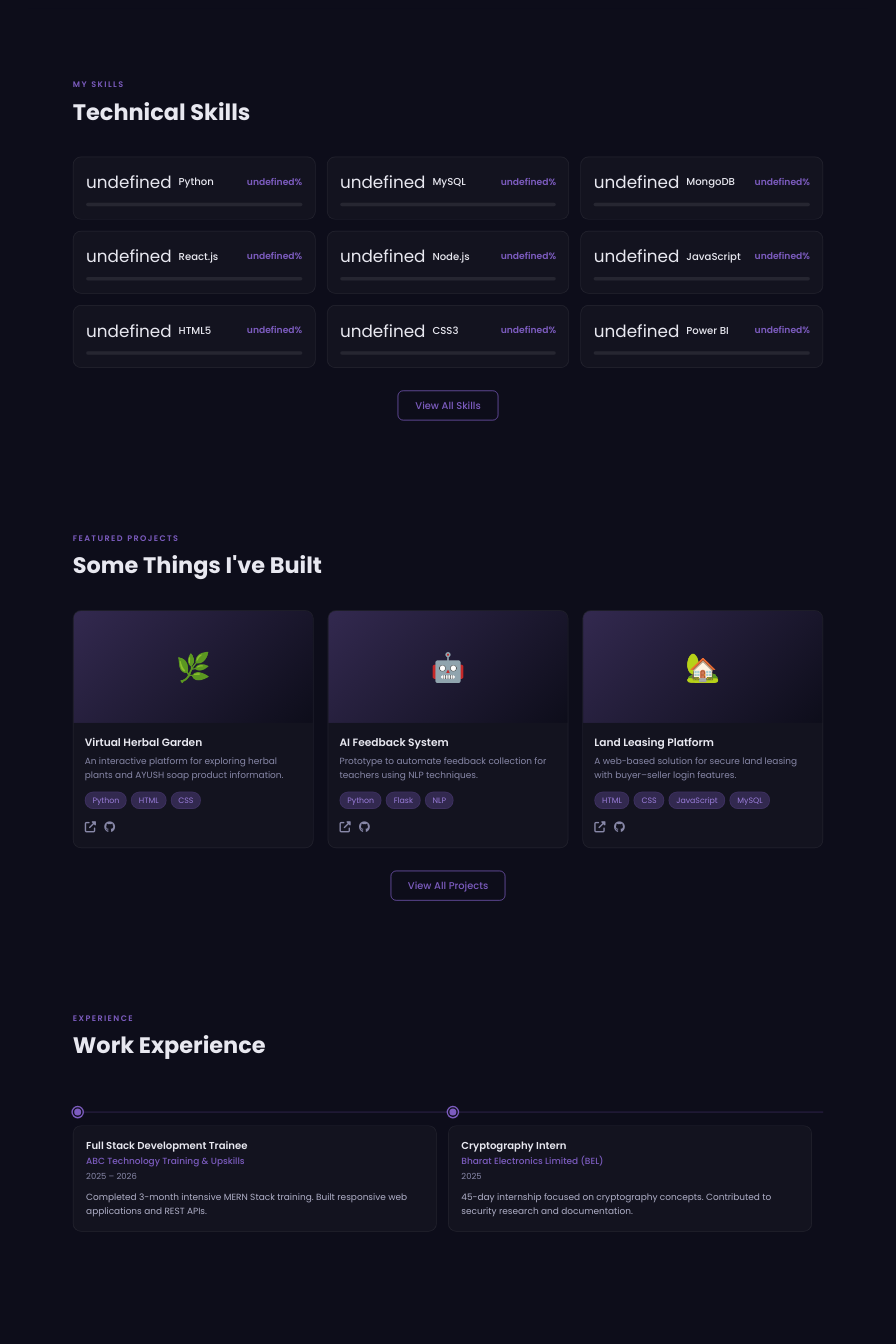
Repository: Rhaashee/Portfolio
Page: MyProfile-frontend/index.html
The author's editor kept a copy of each file at every save. The page is drawn from the files as they stood at one save, then again after the next save.
The browser window is 1280 px wide. The pictures show the part of the page from y = 1264 to 3184 px (the page is 5022 px tall before and 5020 px after), at 70% of full size.

Above is the page before, as saved 2026-06-21 13:11:31.

### MyProfile-frontend/index.html
<!DOCTYPE html>
<html lang="en">
<head>
<meta charset="UTF-8" />
<meta name="viewport" content="width=device-width, initial-scale=1.0" />
<title>Rhaashee L | Portfolio</title>
<link rel="preconnect" href="https://fonts.googleapis.com" />
<link href="https://fonts.googleapis.com/css2?family=Poppins:wght@300;400;500;600;700;800&display=swap" rel="stylesheet" />
<link rel="stylesheet" href="https://cdnjs.cloudflare.com/ajax/libs/font-awesome/6.5.1/css/all.min.css" />

<link rel="stylesheet" href="css/varibales.css" />
<link rel="stylesheet" href="css/custom.css" />
<link rel="stylesheet" href="css/themes.css" />
<link rel="stylesheet" href="css/animations.css" />
<link rel="stylesheet" href="css/responsive.css" />
</head>
<body>

<!-- ===== NAVBAR ===== -->
<nav class="navbar" id="navbar">
  <div class="nav-logo">
    <div class="logo-icon">R</div>
    <span id="nav-logo-text">RHAASHEE</span>
  </div>

  <div class="nav-links">
    <a href="#hero" class="active">Home</a>
    <a href="#about">About</a>
    <a href="#skills">Skills</a>
    <a href="#projects">Projects</a>
    <a href="#experience">Experience</a>
    <a href="#certifications">Certifications</a>
    <a href="#contact">Contact</a>
  </div>

  <div class="nav-right">
    <a href="assets/resume/RhaasheeL_Resume.pdf" target="_blank" class="btn-resume" id="nav-resume-btn">Resume</a>
    <button class="theme-toggle" id="theme-toggle" aria-label="Toggle theme"><i class="fas fa-sun"></i></button>
    <button class="hamburger" id="hamburger" aria-label="Menu">
      <span></span><span></span><span></span>
    </button>
  </div>
</nav>

<div class="mobile-menu" id="mobile-menu">
  <a href="#hero" class="mobile-link">Home</a>
  <a href="#about" class="mobile-link">About</a>
  <a href="#skills" class="mobile-link">Skills</a>
  <a href="#projects" class="mobile-link">Projects</a>
  <a href="#experience" class="mobile-link">Experience</a>
  <a href="#certifications" class="mobile-link">Certifications</a>
  <a href="#contact" class="mobile-link">Contact</a>
</div>

<!-- ===== 01 HERO ===== -->
<section id="hero">
  <div class="hero-wrapper">
    <div class="hero-content">
      <p class="hero-hello" id="hero-hello">Hello, I'm</p>
      <h1 class="hero-name" id="hero-name">RHAASHEE L</h1>
      <p class="hero-tagline"><span id="hero-tagline-text" class="typing-text"></span></p>
      <p class="hero-desc" id="hero-desc"></p>
      <div class="hero-btns">
        <a href="#projects" class="btn-primary">View My Work</a>
        <a href="#contact" class="btn-secondary">Contact Me</a>
      </div>
      <div class="hero-socials" id="hero-socials"></div>
    </div>

    <div class="hero-image-wrap">
      <div class="hero-blob">
        <svg viewBox="0 0 500 500" xmlns="http://www.w3.org/2000/svg">
          <path d="M250,60 C340,55 420,110 440,200 C460,290 420,370 340,410 C260,450 160,440 100,380 C40,320 30,220 70,150 C110,80 160,65 250,60 Z"></path>
        </svg>
      </div>

      <div class="hero-decor">
        <i class="fas fa-sparkle sparkle sparkle-1"></i>
        <i class="fas fa-sparkle sparkle sparkle-2"></i>
        <i class="fas fa-sparkle sparkle sparkle-3"></i>
        <i class="fas fa-sparkle sparkle sparkle-4"></i>
        <i class="fas fa-sparkle sparkle sparkle-5"></i>
        <i class="fas fa-leaf leaf leaf-1"></i>
        <i class="fas fa-leaf leaf leaf-2"></i>
      </div>

      <div class="hero-image-ring">
        <img id="hero-img" src="assets/images/rhaa.jpeg" alt="Rhaashee L" />
      </div>
    </div>
  </div>
</section>

<!-- ===== 02 ABOUT ===== -->
<section id="about" class="section">
  <p class="section-label">About Me</p>
  <h2 class="section-title">Get To Know Me</h2>

  <div class="about-grid">
    <div>
      <p class="about-desc" id="about-desc"></p>
      <a href="#contact" class="btn-outline">Read More</a>
    </div>

    <div class="about-info-grid">
      <div class="about-info-item">
        <div class="about-info-icon"><i class="fas fa-user"></i></div>
        <div>
          <div class="about-info-label">Name</div>
          <div class="about-info-value" id="about-name"></div>
        </div>
      </div>
      <div class="about-info-item">
        <div class="about-info-icon"><i class="fas fa-graduation-cap"></i></div>
        <div>
          <div class="about-info-label">Education</div>
          <div class="about-info-value" id="about-education"></div>
        </div>
      </div>
      <div class="about-info-item">
        <div class="about-info-icon"><i class="fas fa-envelope"></i></div>
        <div>
          <div class="about-info-label">Email</div>
          <div class="about-info-value" id="about-email"></div>
        </div>
      </div>
      <div class="about-info-item">
        <div class="about-info-icon"><i class="fas fa-briefcase"></i></div>
        <div>
          <div class="about-info-label">Freelance</div>
          <div class="about-info-value" id="about-freelance"></div>
        </div>
      </div>
      <div class="about-info-item">
        <div class="about-info-icon"><i class="fas fa-location-dot"></i></div>
        <div>
          <div class="about-info-label">Location</div>
          <div class="about-info-value" id="about-location"></div>
        </div>
      </div>
      <div class="about-info-item">
        <div class="about-info-icon"><i class="fas fa-globe"></i></div>
        <div>
          <div class="about-info-label">Languages</div>
          <div class="about-info-value" id="about-languages"></div>
        </div>
      </div>
    </div>
  </div>
</section>

<!-- ===== 03 SKILLS ===== -->
<section id="skills" class="section">
  <p class="section-label">My Skills</p>
  <h2 class="section-title">Technical Skills</h2>

  <div class="skills-grid" id="skills-grid"></div>

  <div class="skills-btn-wrap">
    <a href="#" class="btn-outline">View All Skills</a>
  </div>
</section>

<!-- ===== 04 PROJECTS ===== -->
<section id="projects" class="section">
  <p class="section-label">Featured Projects</p>
  <h2 class="section-title">Some Things I've Built</h2>

  <div class="projects-grid" id="projects-grid"></div>

  <div class="projects-btn-wrap">
    <a href="#" class="btn-outline">View All Projects</a>
  </div>
</section>

<!-- ===== 05 EXPERIENCE ===== -->
<section id="experience" class="section">
  <p class="section-label">Experience</p>
  <h2 class="section-title">Work Experience</h2>

  <div class="experience-timeline">
    <div class="timeline-track" id="experience-track"></div>
  </div>
</section>

<!-- ===== 06 CERTIFICATIONS ===== -->
<section id="certifications" class="section">
  <p class="section-label">Certifications</p>
  <h2 class="section-title">My Certifications</h2>

  <div class="certs-slider-wrap">
    <div class="certs-row" id="certs-row"></div>
    <button class="certs-arrow" id="certs-arrow" aria-label="Next certifications"><i class="fas fa-chevron-right"></i></button>
  </div>
</section>

<!-- ===== EDUCATION ===== -->
<section id="education" class="section">
  <p class="section-label">Education</p>
  <h2 class="section-title">My Education</h2>

  <div class="education-grid" id="education-grid"></div>
</section>

<!-- ===== 08 CONTACT ===== -->
<section id="contact" class="section" style="position:relative;">
  <p class="section-label">Contact</p>
  <h2 class="section-title">Let's Connect</h2>

  <div class="contact-grid">
    <div>
      <p class="contact-desc">Have a project in mind or just want to say hi? I'd love to hear from you!</p>
      <div class="contact-info-list">
        <div class="contact-info-item"><i class="fas fa-envelope"></i><span id="contact-email"></span></div>
        <div class="contact-info-item"><i class="fas fa-phone"></i><span id="contact-phone"></span></div>
        <div class="contact-info-item"><i class="fas fa-location-dot"></i><span id="contact-location"></span></div>
      </div>
    </div>

    <form class="contact-form" id="contact-form">
      <div class="form-row">
        <div class="form-group">
          <input type="text" id="contact-name" placeholder="Name" required />
        </div>
        <div class="form-group">
          <input type="email" id="contact-email-input" placeholder="Email" required />
        </div>
      </div>
      <div class="form-group">
        <textarea id="contact-message" placeholder="Message" required></textarea>
      </div>
      <button type="submit" class="btn-send">Send Message</button>
      <p id="form-status" style="display:none;margin-top:10px;font-size:0.82rem;"></p>
    </form>
  </div>
  <div class="contact-plant">🪴</div>
</section>

<!-- ===== 09 FOOTER ===== -->
<footer>
  <div class="footer-grid">
    <div class="footer-brand">
      <div class="logo-icon">R</div>
      <p style="margin:10px 0 4px;font-weight:600;" id="footer-logo-text">Rhaashee L</p>
      <p class="footer-tagline">Building solutions. Creating impact.</p>
    </div>

    <div>
      <p class="footer-col-title">Quick Links</p>
      <div class="footer-links" id="footer-quick-links"></div>
    </div>

    <div>
      <p class="footer-col-title">Resources</p>
      <div class="footer-links" id="footer-resource-links"></div>
    </div>

    <div>
      <p class="footer-col-title">Connect</p>
      <div class="footer-socials" id="footer-socials"></div>
    </div>
  </div>

  <div class="footer-bottom">
    <p class="footer-copy">© 2026 Rhaashee L. All rights reserved.</p>
  </div>
</footer>

<button class="back-to-top" id="back-to-top" aria-label="Back to top"><i class="fas fa-arrow-up"></i></button>

<!-- ===== DATA ===== -->
<script src="js/data/profile.js"></script>
<script src="js/data/skills.js"></script>
<script src="js/data/projects.js"></script>
<script src="js/data/experience.js"></script>
<script src="js/data/certifications.js"></script>
<script src="js/data/education.js"></script>
<script src="js/data/socials.js"></script>

<!-- ===== FEATURES ===== -->
<script src="js/features/theme-toggle.js"></script>
<script src="js/features/hero-render.js"></script>
<script src="js/features/typing-effect.js"></script>
<script src="js/features/about-render.js"></script>
<script src="js/features/skills-render.js"></script>
<script src="js/features/project-render.js"></script>
<script src="js/features/experience-render.js"></script>
<script src="js/features/certification-render.js"></script>
<script src="js/features/education-render.js"></script>
<script src="js/features/social-render.js"></script>
<script src="js/features/navbar.js"></script>
<script src="js/features/mobile-menu.js"></script>
<script src="js/features/active-nav.js"></script>
<script src="js/features/BackToTop.js"></script>
<script src="js/features/scroll-animation.js"></script>
<script src="js/features/contact-api.js"></script>
<script src="js/features/contact-validation.js"></script>
<script src="js/features/modal.js"></script>

<script src="js/main.js"></script>
</body>
</html>

### MyProfile-frontend/css/varibales.css
/* ===== THEME VARIABLES ===== */
:root {
  /* Dark Theme (default) */
  --bg: #0d0d1a;
  --bg-card: #13131f;
  --bg-nav: rgba(13, 13, 26, 0.95);
  --text: #e8e8f0;
  --text-muted: #8888a8;
  --text-secondary: #b0b0c8;
  --accent: #7c5cbf;
  --accent-light: #9b7edb;
  --accent-glow: rgba(124, 92, 191, 0.3);
  --border: rgba(124, 92, 191, 0.2);
  --border-card: rgba(255, 255, 255, 0.07);
  --skill-bar-bg: rgba(255, 255, 255, 0.08);
  --input-bg: rgba(255, 255, 255, 0.05);
  --shadow: 0 4px 30px rgba(0, 0, 0, 0.4);
  --shadow-card: 0 2px 20px rgba(0, 0, 0, 0.3);
  --hero-gradient: radial-gradient(ellipse at 60% 50%, rgba(124, 92, 191, 0.15) 0%, transparent 70%);
  --section-number-color: #2a2a4a;
}

[data-theme="light"] {
  --bg: #f5f5ff;
  --bg-card: #ffffff;
  --bg-nav: rgba(245, 245, 255, 0.95);
  --text: #1a1a2e;
  --text-muted: #6666a0;
  --text-secondary: #444466;
  --accent: #6b46c1;
  --accent-light: #7c5cbf;
  --accent-glow: rgba(107, 70, 193, 0.15);
  --border: rgba(107, 70, 193, 0.2);
  --border-card: rgba(107, 70, 193, 0.1);
  --skill-bar-bg: rgba(107, 70, 193, 0.1);
  --input-bg: rgba(107, 70, 193, 0.05);
  --shadow: 0 4px 30px rgba(107, 70, 193, 0.1);
  --shadow-card: 0 2px 20px rgba(107, 70, 193, 0.08);
  --hero-gradient: radial-gradient(ellipse at 60% 50%, rgba(107, 70, 193, 0.08) 0%, transparent 70%);
  --section-number-color: #e8e8f8;
}

### MyProfile-frontend/css/themes.css
/* themes.css — light/dark toggle handled via data-theme on <html> */
/* All values live in varibales.css; this file only has structural overrides if needed */

[data-theme="light"] .hero-image-ring {
  box-shadow: 0 0 60px rgba(107, 70, 193, 0.2);
}

[data-theme="light"] .skill-bar-fill {
  background: linear-gradient(90deg, #6b46c1, #9b7edb);
}

[data-theme="light"] .navbar {
  box-shadow: 0 1px 20px rgba(107, 70, 193, 0.08);
}

[data-theme="light"] footer {
  background: #ededfa;
}

### MyProfile-frontend/css/animations.css
/* ===== ANIMATIONS ===== */

/* Typing cursor */
.typing-text::after {
  content: '|';
  color: var(--accent);
  animation: blink 0.8s infinite;
}

@keyframes blink {
  0%, 100% { opacity: 1; }
  50% { opacity: 0; }
}

/* Fade in up */
@keyframes fadeInUp {
  from { opacity: 0; transform: translateY(30px); }
  to   { opacity: 1; transform: translateY(0); }
}

.fade-in-up {
  animation: fadeInUp 0.6s ease forwards;
}

/* Float */
@keyframes float {
  0%, 100% { transform: translateY(0); }
  50%       { transform: translateY(-10px); }
}

.hero-image-ring {
  animation: float 5s ease-in-out infinite;
}

/* Stagger children */
.stagger > *:nth-child(1) { animation-delay: 0.1s; }
.stagger > *:nth-child(2) { animation-delay: 0.2s; }
.stagger > *:nth-child(3) { animation-delay: 0.3s; }
.stagger > *:nth-child(4) { animation-delay: 0.4s; }
.stagger > *:nth-child(5) { animation-delay: 0.5s; }
.stagger > *:nth-child(6) { animation-delay: 0.6s; }

/* Reduced motion */
@media (prefers-reduced-motion: reduce) {
  * { animation: none !important; transition-duration: 0.01ms !important; }
}

### MyProfile-frontend/css/responsive.css
/* ===== RESPONSIVE ===== */

@media (max-width: 1024px) {
  .skills-grid {
    grid-template-columns: repeat(2, 1fr);
  }

  .projects-grid {
    grid-template-columns: repeat(2, 1fr);
  }

  .footer-grid {
    grid-template-columns: 1fr 1fr;
  }
}

@media (max-width: 768px) {
  .nav-links {
    display: none;
  }

  .hamburger {
    display: flex;
  }

  .hero-wrapper {
    flex-direction: column-reverse;
    text-align: center;
    gap: 40px;
    padding-top: 80px;
  }

  .hero-btns {
    justify-content: center;
  }

  .hero-socials {
    justify-content: center;
  }

  .hero-name {
    font-size: 2.4rem;
  }

  .hero-image-wrap {
    width: 280px;
    height: 280px;
  }

  .hero-image-ring {
    width: 240px;
    height: 240px;
  }

  .hero-image-ring img,
  .hero-image-placeholder {
    width: 212px;
    height: 212px;
  }

  .leaf-1, .leaf-2 {
    font-size: 3rem;
  }

  .about-grid {
    grid-template-columns: 1fr;
  }

  .about-info-grid {
    grid-template-columns: 1fr 1fr;
  }

  .skills-grid {
    grid-template-columns: repeat(2, 1fr);
  }

  .projects-grid {
    grid-template-columns: 1fr;
  }

  .timeline-track {
    flex-direction: column;
  }

  .timeline-track::before {
    display: none;
  }

  .exp-card {
    margin-right: 0;
    margin-bottom: 16px;
  }

  .education-grid {
    grid-template-columns: 1fr;
  }

  .contact-grid {
    grid-template-columns: 1fr;
  }

  .form-row {
    grid-template-columns: 1fr;
  }

  .footer-grid {
    grid-template-columns: 1fr 1fr;
    gap: 24px;
  }

  .footer-bottom {
    flex-direction: column;
    gap: 12px;
    text-align: center;
  }

  .section {
    padding: 80px 5% 40px;
  }

  .section-title {
    font-size: 1.6rem;
  }
}

@media (max-width: 480px) {
  .skills-grid {
    grid-template-columns: 1fr;
  }

  .about-info-grid {
    grid-template-columns: 1fr;
  }

  .footer-grid {
    grid-template-columns: 1fr;
  }

  .certs-row {
    flex-wrap: nowrap;
    overflow-x: auto;
    scrollbar-width: thin;
    padding-bottom: 8px;
  }

  .hero-name {
    font-size: 2rem;
  }
}

/* Mobile nav link hover */
.mobile-link:hover {
  color: var(--accent);
}

### MyProfile-frontend/js/features/skills-render.js
// js/features/skills-render.js
function renderSkills() {
  const grid = document.getElementById("skills-grid");
  if (!grid) return;

  grid.innerHTML = skills
    .slice(0, 9)
    .map(
      (s) => `
    <div class="skill-card">
      <div class="skill-header">
        <div class="skill-name-wrap">
          <span class="skill-icon-emoji">${s.emoji}</span>
          <span class="skill-name">${s.name}</span>
        </div>
        <span class="skill-percent">${s.percent}%</span>
      </div>
      <div class="skill-bar-bg">
        <div class="skill-bar-fill" data-percent="${s.percent}" style="background:${s.color ? "" : ""}"></div>
      </div>
    </div>
  `
    )
    .join("");

  // animate bars when visible
  const bars = grid.querySelectorAll(".skill-bar-fill");
  const observer = new IntersectionObserver(
    (entries) => {
      entries.forEach((entry) => {
        if (entry.isIntersecting) {
          const bar = entry.target;
          bar.style.width = bar.dataset.percent + "%";
          observer.unobserve(bar);
        }
      });
    },
    { threshold: 0.3 }
  );
  bars.forEach((b) => observer.observe(b));
}

document.addEventListener("DOMContentLoaded", renderSkills);

Loaded but not shown: MyProfile-frontend/js/features/hero-render.js (43 lines, source omitted); MyProfile-frontend/js/features/contact-validation.js (58 lines, source omitted); MyProfile-frontend/js/data/profile.js (30 lines, source omitted); MyProfile-frontend/js/features/social-render.js (36 lines, source omitted); MyProfile-frontend/js/data/projects.js (48 lines, source omitted); MyProfile-frontend/js/features/theme-toggle.js (40 lines, source omitted); MyProfile-frontend/js/features/modal.js (30 lines, source omitted); MyProfile-frontend/js/features/project-render.js (30 lines, source omitted); MyProfile-frontend/js/features/about-render.js (20 lines, source omitted); MyProfile-frontend/js/data/socials.js (24 lines, source omitted); MyProfile-frontend/js/features/typing-effect.js (37 lines, source omitted); MyProfile-frontend/js/features/certification-render.js (35 lines, source omitted); MyProfile-frontend/js/data/certifications.js (45 lines, source omitted); MyProfile-frontend/js/data/skills.js (14 lines, source omitted); MyProfile-frontend/js/features/contact-api.js (24 lines, source omitted); MyProfile-frontend/js/features/active-nav.js (25 lines, source omitted); MyProfile-frontend/js/features/experience-render.js (23 lines, source omitted); MyProfile-frontend/js/data/education.js (24 lines, source omitted); MyProfile-frontend/js/features/education-render.js (23 lines, source omitted); MyProfile-frontend/js/features/scroll-animation.js (21 lines, source omitted); MyProfile-frontend/js/features/mobile-menu.js (18 lines, source omitted); MyProfile-frontend/js/data/experience.js (15 lines, source omitted); MyProfile-frontend/js/features/BackToTop.js (19 lines, source omitted); MyProfile-frontend/js/features/navbar.js (15 lines, source omitted); MyProfile-frontend/js/main.js (5 lines, source omitted); MyProfile-frontend/css/custom.css (1169 lines, source omitted)

After the next save:
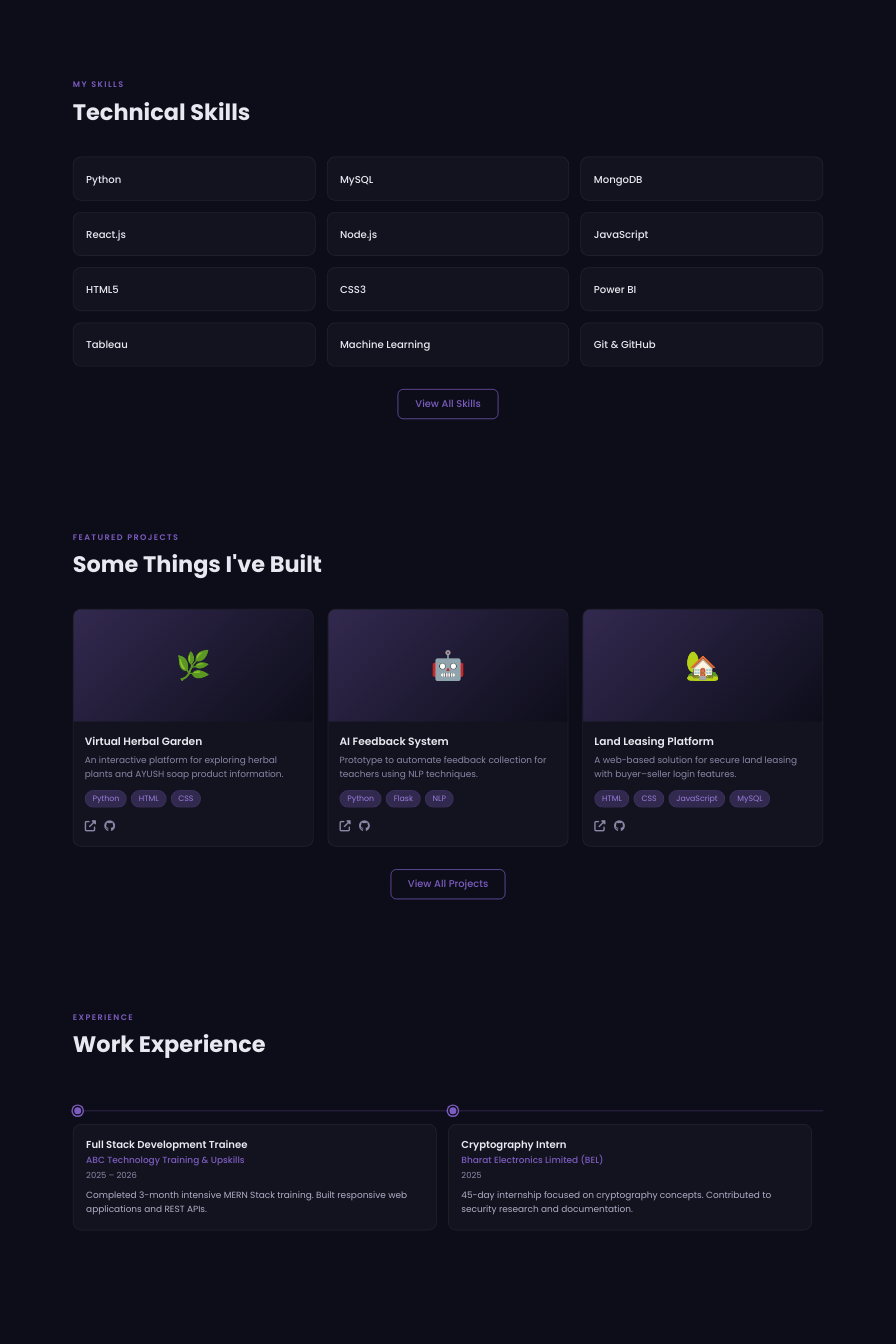
Saved 15 s later.
--- a/MyProfile-frontend/js/features/skills-render.js
+++ b/MyProfile-frontend/js/features/skills-render.js
@@ -1,43 +1,17 @@
-// js/features/skills-render.js
 function renderSkills() {
   const grid = document.getElementById("skills-grid");
   if (!grid) return;
 
   grid.innerHTML = skills
-    .slice(0, 9)
     .map(
       (s) => `
     <div class="skill-card">
-      <div class="skill-header">
-        <div class="skill-name-wrap">
-          <span class="skill-icon-emoji">${s.emoji}</span>
-          <span class="skill-name">${s.name}</span>
-        </div>
-        <span class="skill-percent">${s.percent}%</span>
-      </div>
-      <div class="skill-bar-bg">
-        <div class="skill-bar-fill" data-percent="${s.percent}" style="background:${s.color ? "" : ""}"></div>
-      </div>
+      <i class="${s.icon}"></i>
+      <span class="skill-name">${s.name}</span>
     </div>
   `
     )
     .join("");
-
-  // animate bars when visible
-  const bars = grid.querySelectorAll(".skill-bar-fill");
-  const observer = new IntersectionObserver(
-    (entries) => {
-      entries.forEach((entry) => {
-        if (entry.isIntersecting) {
-          const bar = entry.target;
-          bar.style.width = bar.dataset.percent + "%";
-          observer.unobserve(bar);
-        }
-      });
-    },
-    { threshold: 0.3 }
-  );
-  bars.forEach((b) => observer.observe(b));
 }
 
 document.addEventListener("DOMContentLoaded", renderSkills);
